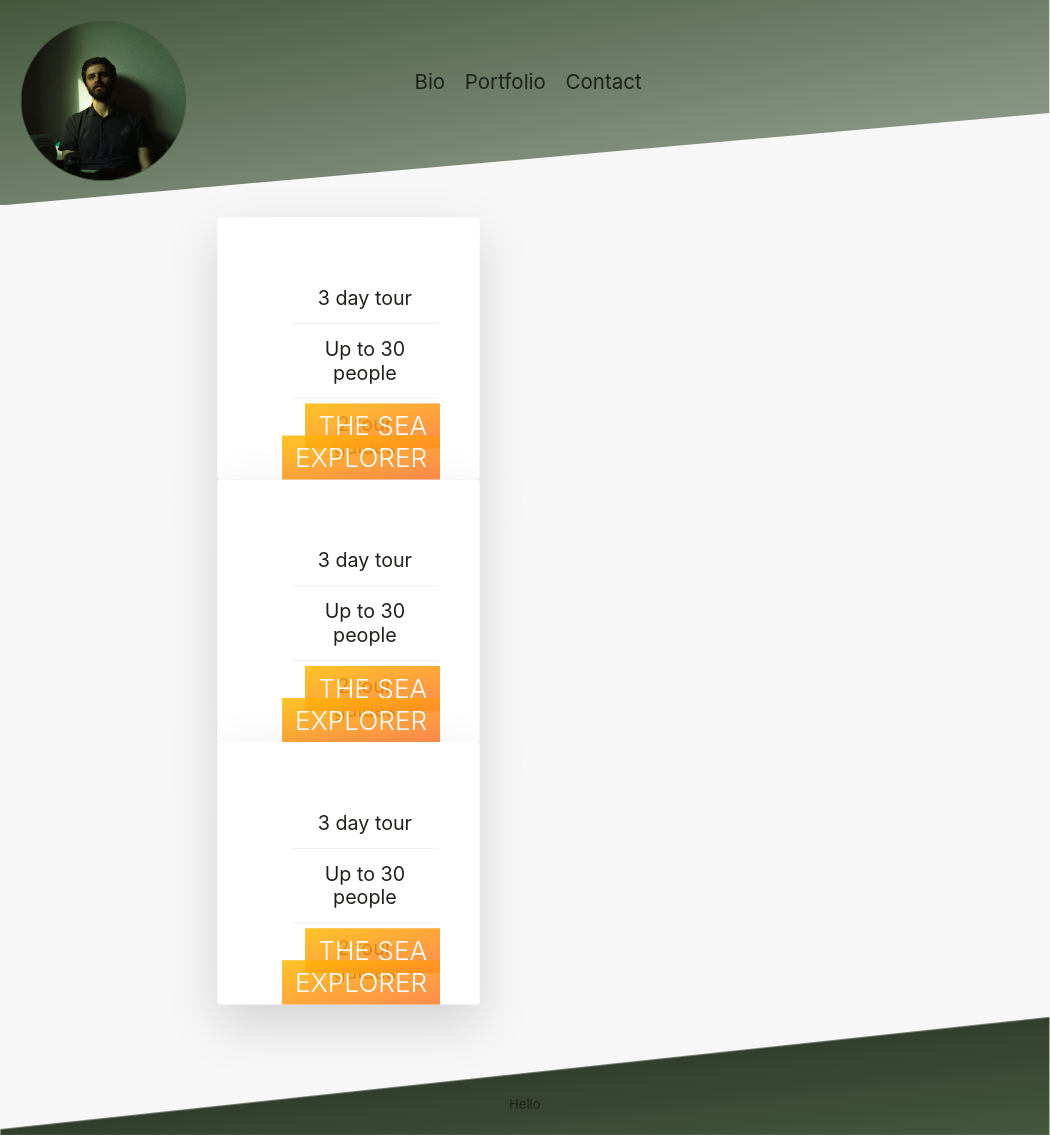
Repository: joeldelatte/react-portfolio
Page: /portfolio (app in client/)
These files come from the project's save history. The page is drawn as it stood at one moment and after the next save; the edit follows.
The browser window is 1280 px wide. The pictures show the whole page, at 82% of full size.
The project was rebuilt for these pictures with package versions that can differ from the ones it lists, and the page was loaded fresh each time. Also part of the build but not shown: client/src/App.css, client/src/Components/Bio/Bio.js, client/src/Components/Contact/Contact.js.

Above is the page before, as saved 2020-07-10 23:22:53.

After the next save:
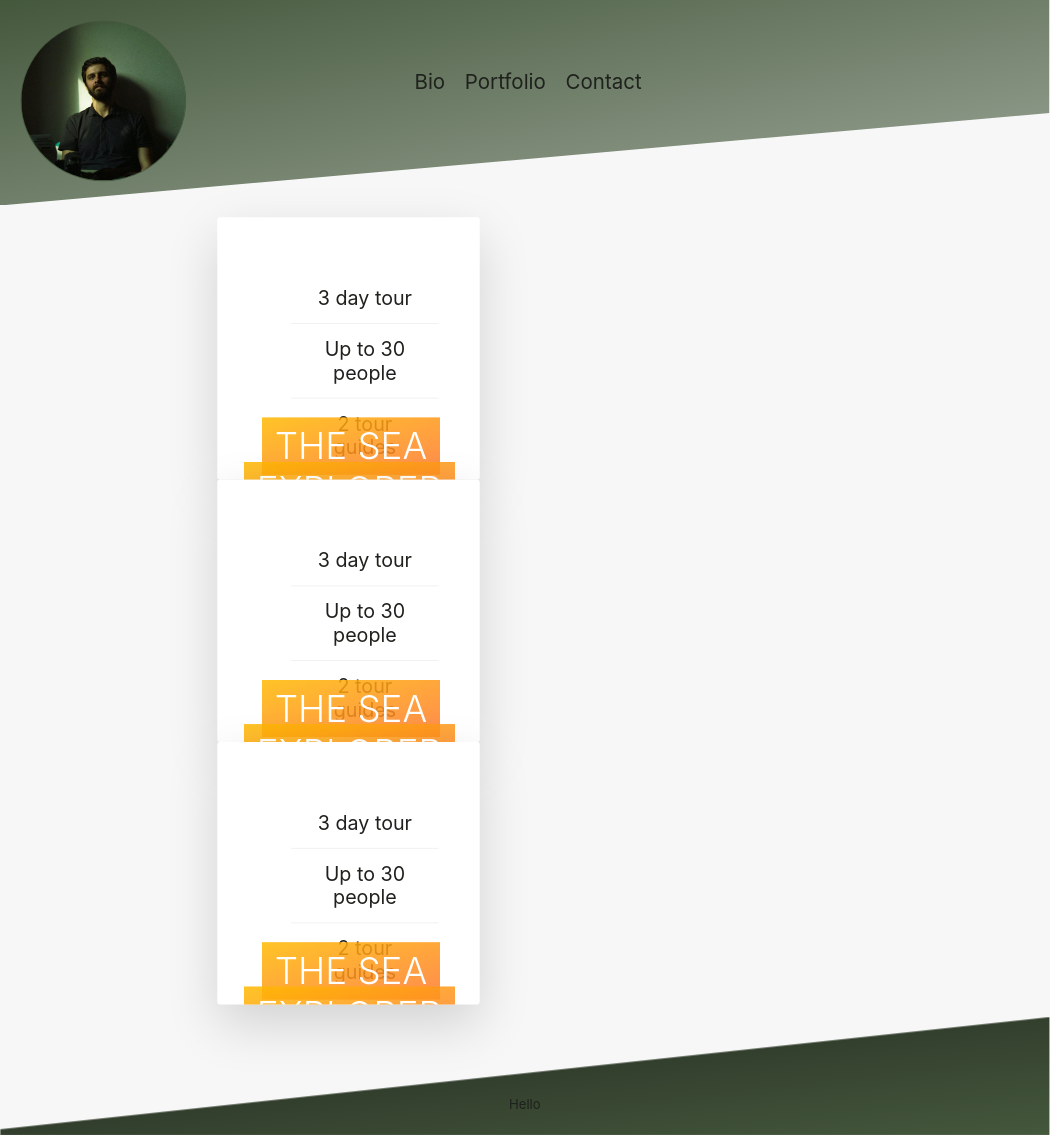
Saved 7 s later.
--- a/client/src/Components/Portfolio/portfolio.css
+++ b/client/src/Components/Portfolio/portfolio.css
@@ -139,7 +139,7 @@
     .card__picture--1 {
       background-image: linear-gradient(to right bottom, #ffb900, #ff7730) } */
     .card__heading {
-    font-size: 2rem;
+    font-size: 2.8rem;
     font-weight: 300;
     text-transform: uppercase;
     text-align: right;

After the save that followed:
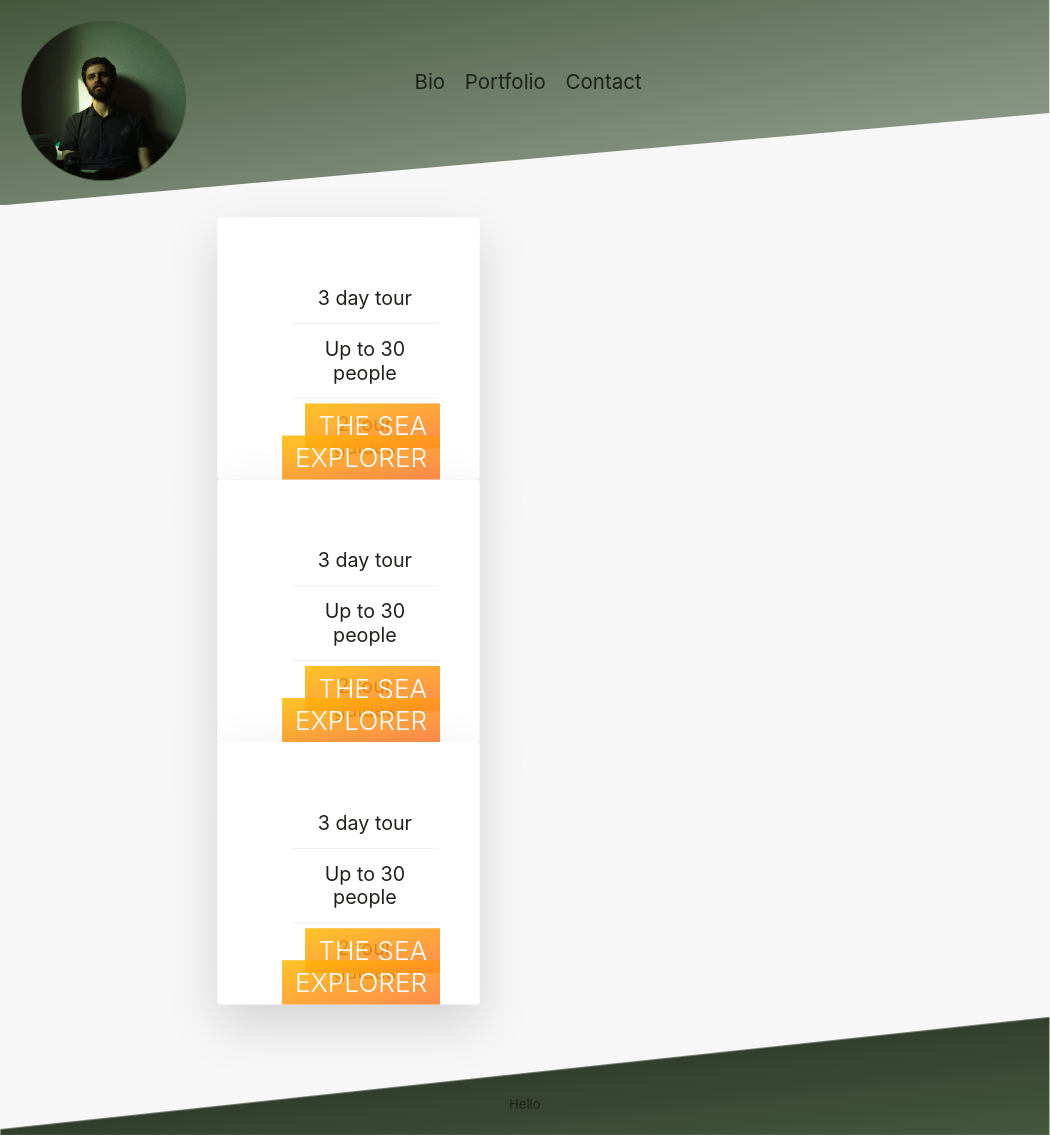
Saved 8 s later.
--- a/client/src/Components/Portfolio/portfolio.css
+++ b/client/src/Components/Portfolio/portfolio.css
@@ -139,7 +139,7 @@
     .card__picture--1 {
       background-image: linear-gradient(to right bottom, #ffb900, #ff7730) } */
     .card__heading {
-    font-size: 2.8rem;
+    font-size: 2rem;
     font-weight: 300;
     text-transform: uppercase;
     text-align: right;
